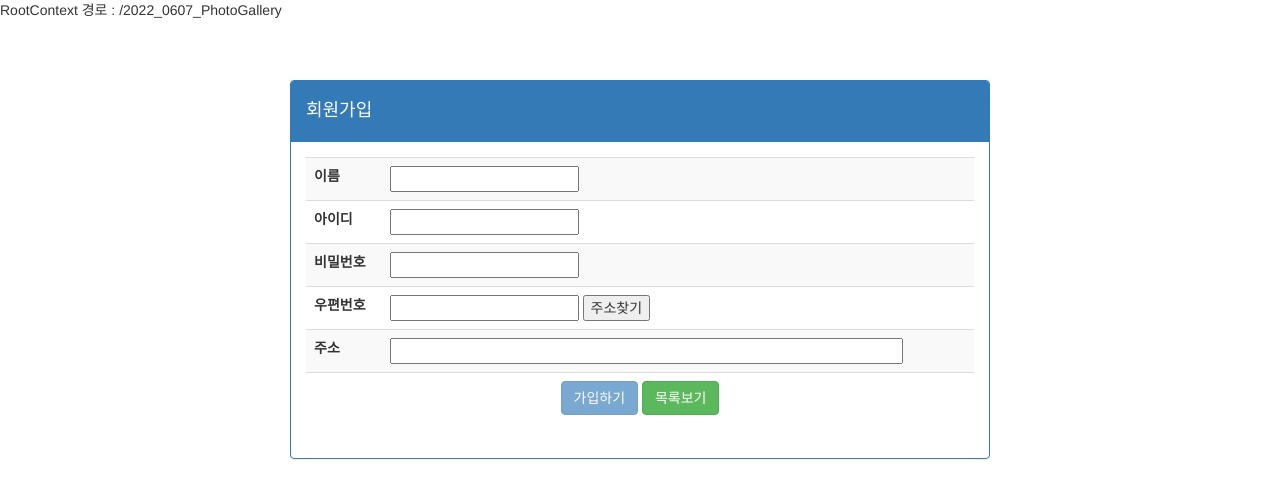
Repository: simDev1234/WebStudy
Page: http://localhost/2022_0607_PhotoGallery/member/insert_form.do
The author's editor kept a copy of each file at every save. The page is drawn from the files as they stood at one save, then again after the next save.
The browser window is 1280 px wide. The pictures show the whole page.
The page is served by Tomcat 9. Other server files are loaded and not shown.

Above is the page before, as saved 2022-06-08 02:14:04.

### _01_상반기_WebStudy/2022_0607_PhotoGallery/src/main/webapp/member/member_insert_form.jsp
<%@ page language="java" contentType="text/html; charset=UTF-8"
    pageEncoding="UTF-8"%>
<!DOCTYPE html>
<html>
<head>
<meta charset="UTF-8">
<title>Insert title here</title>
<!-- Bootstrap 3.x -->
<link rel="stylesheet" href="https://maxcdn.bootstrapcdn.com/bootstrap/3.4.1/css/bootstrap.min.css">
<script src="https://ajax.googleapis.com/ajax/libs/jquery/3.6.0/jquery.min.js"></script>
<script src="https://maxcdn.bootstrapcdn.com/bootstrap/3.4.1/js/bootstrap.min.js"></script>
<style type="text/css">
   #box{
      width : 700px;
      margin : auto;
      margin-top : 60px;
   }

   #id_msg{
      text-indent : 10px;
   }
</style>
<!-- Daum 우편번호 검색 -->
<script src="//t1.daumcdn.net/mapjsapi/bundle/postcode/prod/postcode.v2.js"></script>
<script type="text/javascript">

   var regular_id = /^[a-zA-Z0-9]{3,16}$/;

   //문서 내 element의 배치가 완료가 되면
   $(document).ready(function(){
	   //아이디 입력창에서 키가 입력되면
	   //                  콜백함수(시스템에 의해 자동호출)
	   $("#m_id").keyup(function(event){

		   var m_id = $(this).val();

           //console.log(m_id);

           if(regular_id.test(m_id)==false){
        	   $("#id_msg").html("영문자 및 숫자로 3~16자리만 가능합니다").css("color","red");
        	   $("#btn_register").attr("disabled",true);
        	   return;
           }

           //$("#id_msg").html("정규식 만족합니다").css("color","blue");

           //서버에 사용 가능 여부를 확인(jQuery Ajax)
		   $.ajax({
			   url      : 'check_id.do',     //MemberCheckIdAction
			   data     : {'m_id' : m_id},   //parameter : check_id.do?m_id = one
			   dataType : 'json',
			   success  : function(res_data){
				   //res_data = {"result" : true}  -- 사용가능
				   //res_data = {"result" : false} -- 사용중(사용 못함)
				   if (res_data.result){
					   $("#id_msg").html("사용 가능한 아이디입니다").css("color","blue");
					   $("#btn_register").attr("disabled",false);
				   }else{
					   $("#id_msg").html("이미 사용중인 아이디입니다").css("color","red");
					   $("#btn_register").attr("disabled",true);
				   }
			   },
			   error    : function(err){
				   alert(err.responseText);
			   }
		   });

	   });
   });

   //주소찾기
   //카카오 주소찾기 api : https://postcode.map.daum.net/guide
   function find(){
	   var width = 500; //팝업의 너비
	   var height = 600; //팝업의 높이

	   new daum.Postcode({
		    width: width, //생성자에 크기 값을 명시적으로 지정해야 합니다.
            height: height,
	        oncomplete: function(data) {
	            // 팝업에서 검색결과 항목을 클릭했을때 실행할 코드를 작성하는 부분입니다.
	            // 예제를 참고하여 다양한 활용법을 확인해 보세요.
	            //         json방식으로 되어 있다.
	            // data = {'zonecode' : 12345, 'address' : '경기 성남시...','roadAddress':'','jibunAddress':''}

	            // 선택된 주소의 우편번호 넣기
	            $("#m_zipcode").val(data.zonecode);
	            $("#m_addr").val(data.address);
	        }
	    }).open(
	    	//중앙에 띄우겠다.
	    	{
	    	    left: (window.screen.width / 2) - (width / 2),
	            top: (window.screen.height / 2) - (height / 2)
	        }
	    );
   }

   function send(f){

	   //입력값 체크 (이름, 비번, 우편번호, 주소)
	   var m_name = f.m_name.value.trim();
	   var m_pwd  = f.m_pwd.value.trim();
	   var m_zipcode = f.m_zipcode.value.trim();
	   var m_addr = f.m_addr.value.trim();

	   //이름 입력여부 체크
	   if (m_name == ''){
		   alert('이름을 입력하세요');
		   f.m_name.value = '';
		   f.m_name.focus();
		   return;
	   }

	   //비밀번호 입력여부 체크
	   if (m_pwd == ''){
		   alert('비밀번호를 입력하세요');
		   f.m_pwd.value = '';
		   f.m_pwd.focus();
		   return;
	   }

	   //우편번호 입력여부 체크
	   if (m_zipcode == ''){
		   alert("우편번호를 입력하세요");
		   f.m_zipcode.value = '';
		   f.m_zipcode.focus();
		   return;
	   }

	   //주소 입력여부 체크
	   if (m_addr == ''){
		   alert("주소를 입력하세요");
		   f.m_addr.value = '';
		   f.m_addr.focus();
		   return;
	   }

	   f.action = 'insert.do';
	   f.method = 'GET';
	   f.submit();
   }
</script>
</head>
<body>
RootContext 경로 : ${ pageContext.request.contextPath }<br>
   <form>
      <div id = "box">
         <div class="panel panel-primary">
           <div class="panel-heading"><h4>회원가입</h4></div>
           <div class="panel-body">
              <table class = "table table-striped">
                  <tr>
                    <th>이름</th>
                    <td><input name = "m_name"></td>
                  </tr>
                  <tr>
                    <th>아이디</th>
                    <td>
                      <input name = "m_id" id = "m_id">
                      <span id = "id_msg"></span>
                    </td>
                  </tr>
                  <tr>
                    <th>비밀번호</th>
                    <td><input type = "password" name = "m_pwd"></td>
                  </tr>
                  <tr>
                    <th>우편번호</th>
                    <td>
                      <input id = "m_zipcode" name = "m_zipcode">
                      <input type = "button" value = "주소찾기" onclick = "find();">
                    </td>
                  </tr>
                  <tr>
                    <th>주소</th>
                    <td><input id = "m_addr" name = "m_addr" size = "60"></td>
                  </tr>
                  <tr>
                    <td colspan = "2" align = "center">
                       <!-- 아이디 중복 확인해서 성공할 경우에만 '가입하기' 버튼 노출 할 것 >> 최초에는 disabled 처리 -->
                       <input class = "btn btn-primary" type = "button" value = "가입하기" id = "btn_register" disabled = "disabled" onclick = "send(this.form);">
                       <input class = "btn btn-success" type = "button" value = "목록보기" onclick = "location.href = '../photo/list.do'">
                    </td>
                  </tr>
              </table>
           </div>
         </div>
      </div>
   </form>
</body>
</html>

### _01_상반기_WebStudy/2022_0607_PhotoGallery/src/main/java/action/member/InsertFormAction.java
package action.member;

import java.io.IOException;
import javax.servlet.RequestDispatcher;
import javax.servlet.ServletException;
import javax.servlet.annotation.WebServlet;
import javax.servlet.http.HttpServlet;
import javax.servlet.http.HttpServletRequest;
import javax.servlet.http.HttpServletResponse;

/**
 * Servlet implementation class InsertFormAction
 */
@WebServlet("/member/insert_form.do")
public class InsertFormAction extends HttpServlet {
	private static final long serialVersionUID = 1L;

	/**
	 * @see HttpServlet#HttpServlet()
	 */
	public InsertFormAction() {
		super();
		// TODO Auto-generated constructor stub
	}

	/**
	 * @see HttpServlet#service(HttpServletRequest request, HttpServletResponse response)
	 */
	protected void service(HttpServletRequest request, HttpServletResponse response)
			throws ServletException, IOException {

		//forward
		String forward_page = "member_insert_form.jsp";
		RequestDispatcher disp = request.getRequestDispatcher(forward_page);
		disp.forward(request, response);
	}

}

After the next save:
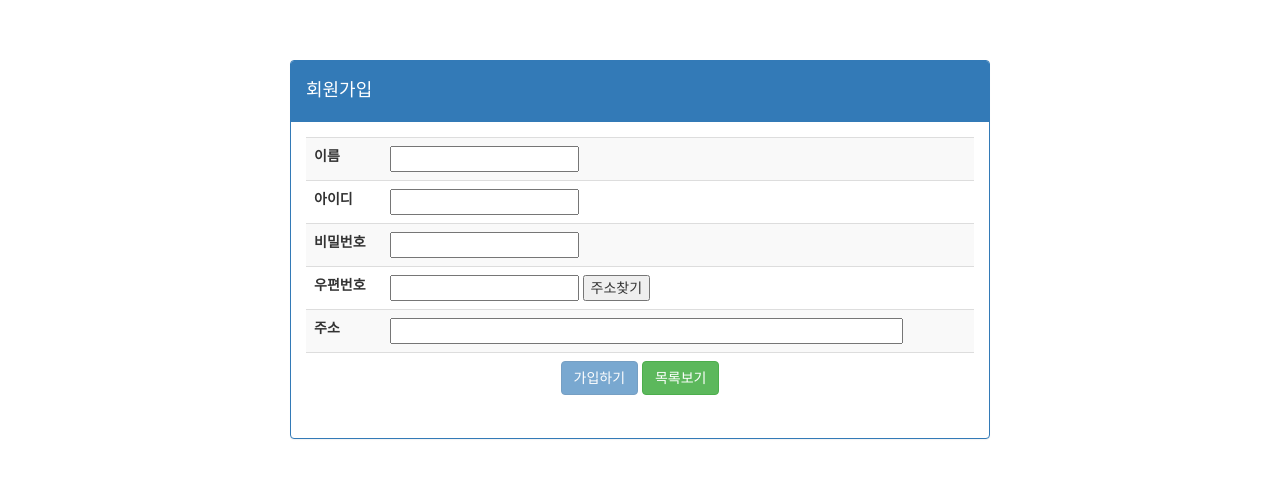
Saved 18 s later.
--- a/_01_상반기_WebStudy/2022_0607_PhotoGallery/src/main/webapp/member/member_insert_form.jsp
+++ b/_01_상반기_WebStudy/2022_0607_PhotoGallery/src/main/webapp/member/member_insert_form.jsp
@@ -143,7 +143,7 @@
 </script>
 </head>
 <body>
-RootContext 경로 : ${ pageContext.request.contextPath }<br>
+<%-- RootContext 경로 : ${ pageContext.request.contextPath }<br> --%>
    <form>
       <div id = "box">
          <div class="panel panel-primary">
